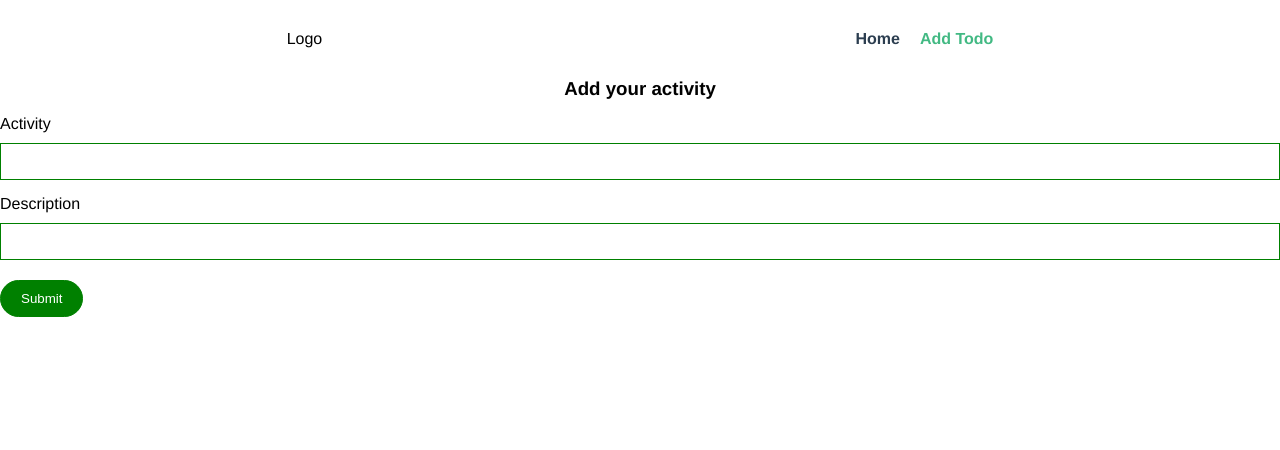
Repository: adisamicheal/academy-vuex-todo
Page: /add-todo
An editor plug-in stored every save of this project. The page is shown before and after the next save, followed by the edit.
The browser window is 1280 px wide. The pictures show the whole page.
The project was rebuilt for these pictures with package versions that can differ from the ones it lists, and the page was loaded fresh each time. Also part of the build but not shown: src/views/Home.vue.

Above is the page before, as saved 2021-11-01 10:40:36.

### src/App.vue
<template>
  <div id="app">
    <div id="nav">
      <Navigation />
    </div>
    <router-view/>
  </div>
</template>

<script>
import Navigation from '@/components/Navigation.vue'

export default {
  components: {
    Navigation
  }
}
</script>

<style>
* {
  margin: 0;
  padding: 0;
  box-sizing: border-box;
}
#app {
  font-family: Avenir, Helvetica, Arial, sans-serif;
  -webkit-font-smoothing: antialiased;
  -moz-osx-font-smoothing: grayscale;
}

#nav {
  padding: 30px;
}

#nav a {
  font-weight: bold;
  color: #2c3e50;
}

#nav a.router-link-exact-active {
  color: #42b983;
}
</style>

### src/router/index.js
import Vue from 'vue'
import VueRouter from 'vue-router'
import Home from '../views/Home.vue'

Vue.use(VueRouter)

const routes = [
  {
    path: '/',
    name: 'Home',
    component: Home
  },
  {
    path: '/about',
    name: 'About',
    // route level code-splitting
    // this generates a separate chunk (about.[hash].js) for this route
    // which is lazy-loaded when the route is visited.
    component: () => import(/* webpackChunkName: "about" */ '../views/About.vue')
  },
  {
    path: '/add-todo',
    name: 'AddTodo',
    component: () => import(/* webpackChunkName: "about" */ '../views/AddTodo.vue')
  }
]

const router = new VueRouter({
  mode: 'history',
  base: process.env.BASE_URL,
  routes
})

export default router

### src/components/Navigation.vue
<template>
  <nav>
      <div class="logo">
          Logo
      </div>
      <div>
          <ul>
              <li><router-link to="/">Home</router-link> </li>
              <li><router-link to="/add-todo">Add Todo</router-link> </li>
              <!-- <li><router-link to="/">Home</router-link> </li> -->
          </ul>
      </div>
  </nav>
</template>

<script>
export default {

}
</script>

<style scoped>
nav {
    display: flex;
    align-items: center;
    justify-content: space-around;
}
ul {
    list-style: none;
    display: flex;
    align-items: center;
}
ul li {
    margin-left: 20px;
}
ul li a {
    text-decoration: none;
}
</style>

### src/views/AddTodo.vue
<template>
  <div>
      <h3>Add your activity</h3>
      <div class="form">
          <form action="">
              <div class="form-input">
                  <label for="Activity">Activity</label>
                  <input type="text" id="activity" name="activity" v-model="formData.activity">
              </div>
              <div class="form-input">
                  <label for="Description">Description</label>
                  <input type="text" id="description" name="description" v-model="formData.description">
              </div>
              <button>Submit</button>
          </form>
      </div>
  </div>
</template>

<script>
export default {
    name: 'AddTodo',
    data() {
        return {
            formData: {}
        }
    }

}
</script>

<style scoped>
h3 {
    text-align: center;
}
 .form-input {
    display: flex;
    flex-direction: column;
    margin-top: 15px;
}
.form-input input {
    margin-top: 10px;
    padding: 10px 15px;
    border: 1px solid green;
}
button {
    background: green;
    border: 1px solid green;
    color: #fff;
    padding: 10px 20px;
    border-radius: 20px;
    margin-top: 20px;
}
</style>

Loaded but not shown: public/index.html (common file); src/main.js (common file); src/store/index.js (common file)

After the next save:
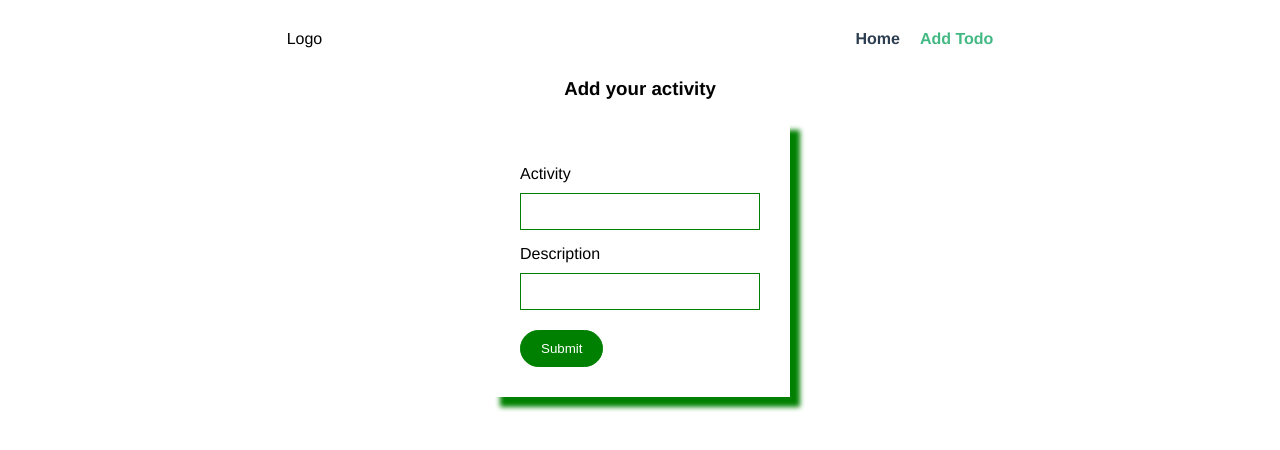
Saved 33 s later.
--- a/src/views/AddTodo.vue
+++ b/src/views/AddTodo.vue
@@ -1,7 +1,7 @@
 <template>
   <div>
       <h3>Add your activity</h3>
-      <div class="form">
+      <div class="form-container">
           <form action="">
               <div class="form-input">
                   <label for="Activity">Activity</label>
@@ -33,7 +33,15 @@ export default {
 h3 {
     text-align: center;
 }
- .form-input {
+.form-container {
+    max-width: 300px;
+    margin: 20px auto;
+    padding: 30px;
+    box-shadow: 10px 10px 5px 0px green;
+    -webkit-box-shadow: 10px 10px 5px 0px green;
+    -moz-box-shadow: 10px 10px 5px 0px green;
+}
+.form-input {
     display: flex;
     flex-direction: column;
     margin-top: 15px;
